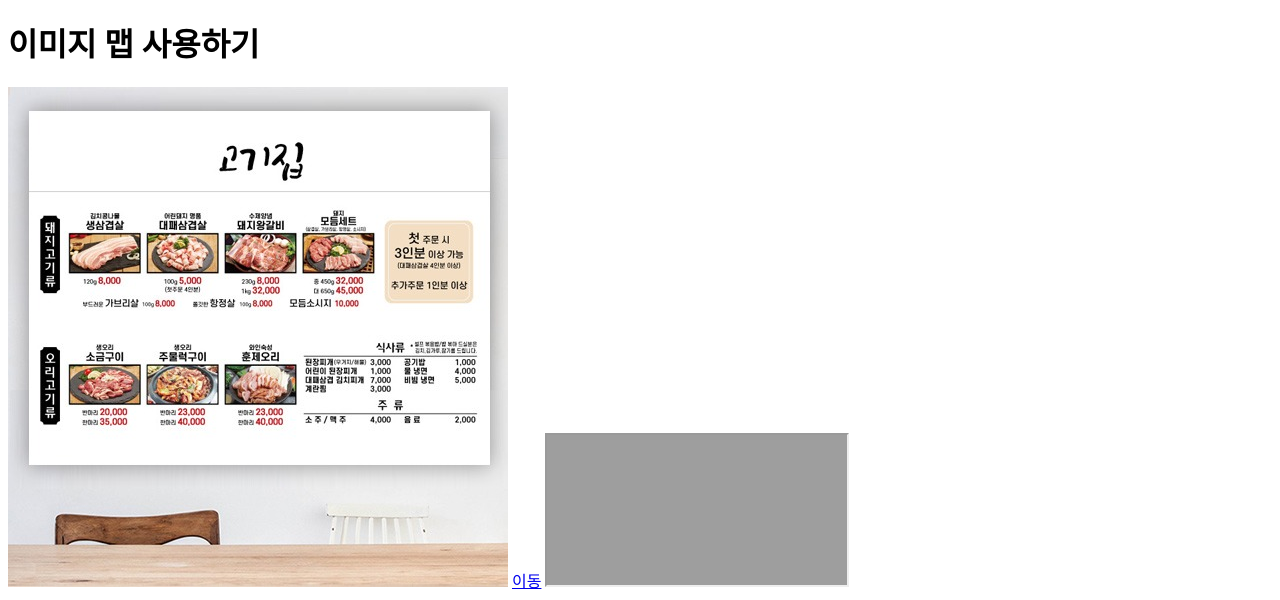
Repository: Junvelop/hkdevelope
Page: Downloads/back_end_edu20240624-master (1)/front_end_20240627/src/main/webapp/html03_이미지요소.html
An editor plug-in stored every save of this project. The page is shown before and after the next save, followed by the edit.
The browser window is 1280 px wide. The pictures show the part of the page from y = 493 to 1269 px (the page is 1093 px tall before and 1269 px after).
Pictures or frames that could not be fetched are drawn as grey boxes. A picture or video elsewhere on the page could not be fetched, so the positions and the page height are approximate.

Above is the page before, as saved 2024-08-12 05:17:49.

### Downloads/back_end_edu20240624-master (1)/front_end_20240627/src/main/webapp/html03_이미지요소.html
<!DOCTYPE html>
<html>
<head>
<meta charset="UTF-8">
<title>html03_이미지요소.html</title>
</head>
<body>
<h1>이미지 요소</h1>
<p>이미지요소는 이미지를 웹페이지에 표현할 때 사용한다.</p>
<p>사이즈 조절을 할 때 해상도를 고려해야 한다.</p>
<p>
<img alt="개사진" src="https://image.utoimage.com/preview/cp872722/2022/12/202212008462_500.jpg"/>
<a target = "_blank" href = "https://blog.kakaocdn.net/dn/GSWaD/btr0gB0teLR/1W4YO2IXCHoDVcpca9HHGK/img.jpg">
<img alt="강아지 사진입니다." src="img/gae.jpg"
	width = "100px" height = "100px"/> </a>

</p>


<hr/>
<h1>이미지 맵 사용하기</h1>
<img usemap = "#menu" src = 'img/menu.jpg' alt = "메뉴 사진임" />
<map name = "menu">

	<area alt = "삼겹살이예요."
			href = "https://namu.wiki/w/%EC%82%BC%EA%B2%B9%EC%82%B4"
			shape = "rect"
			coords = "60,124,133,234"
			target = "_blank"




			/>



	<area alt = "대패삼겹살이예요."
			href = "https://namu.wiki/w/%EC%82%BC%EA%B2%B9%EC%82%B4%20%EA%B5%AC%EC%9D%B4?from=%EB%8C%80%ED%8C%A8%EC%82%BC%EA%B2%B9%EC%82%B4#s-3.1"
			shape = "rect"
			coords = "138,117,212,206"
			target = "_blank"




			/>

</map>

</hr>
<a target = "tt" href = "html01_구성요소.html"> 이동</a>
<iframe name ="tt" src = "html02_블럭요소와인라인요소.html"> </iframe>

</body>
</html>

After the next save:
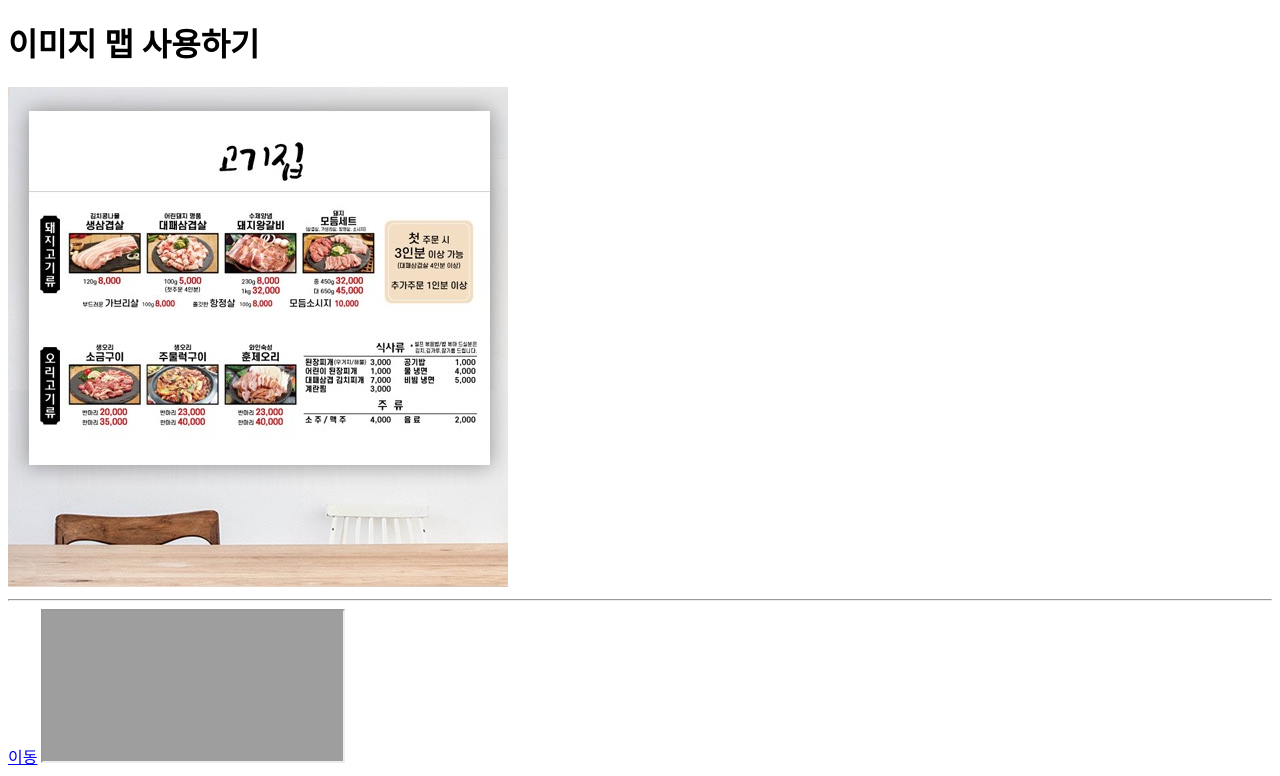
Saved 20 s later.
--- a/Downloads/back_end_edu20240624-master (1)/front_end_20240627/src/main/webapp/html03_이미지요소.html
+++ b/Downloads/back_end_edu20240624-master (1)/front_end_20240627/src/main/webapp/html03_이미지요소.html
@@ -48,7 +48,7 @@
 
 </map>
 
-</hr>
+<hr/>
 <a target = "tt" href = "html01_구성요소.html"> 이동</a>
 <iframe name ="tt" src = "html02_블럭요소와인라인요소.html"> </iframe>
 
